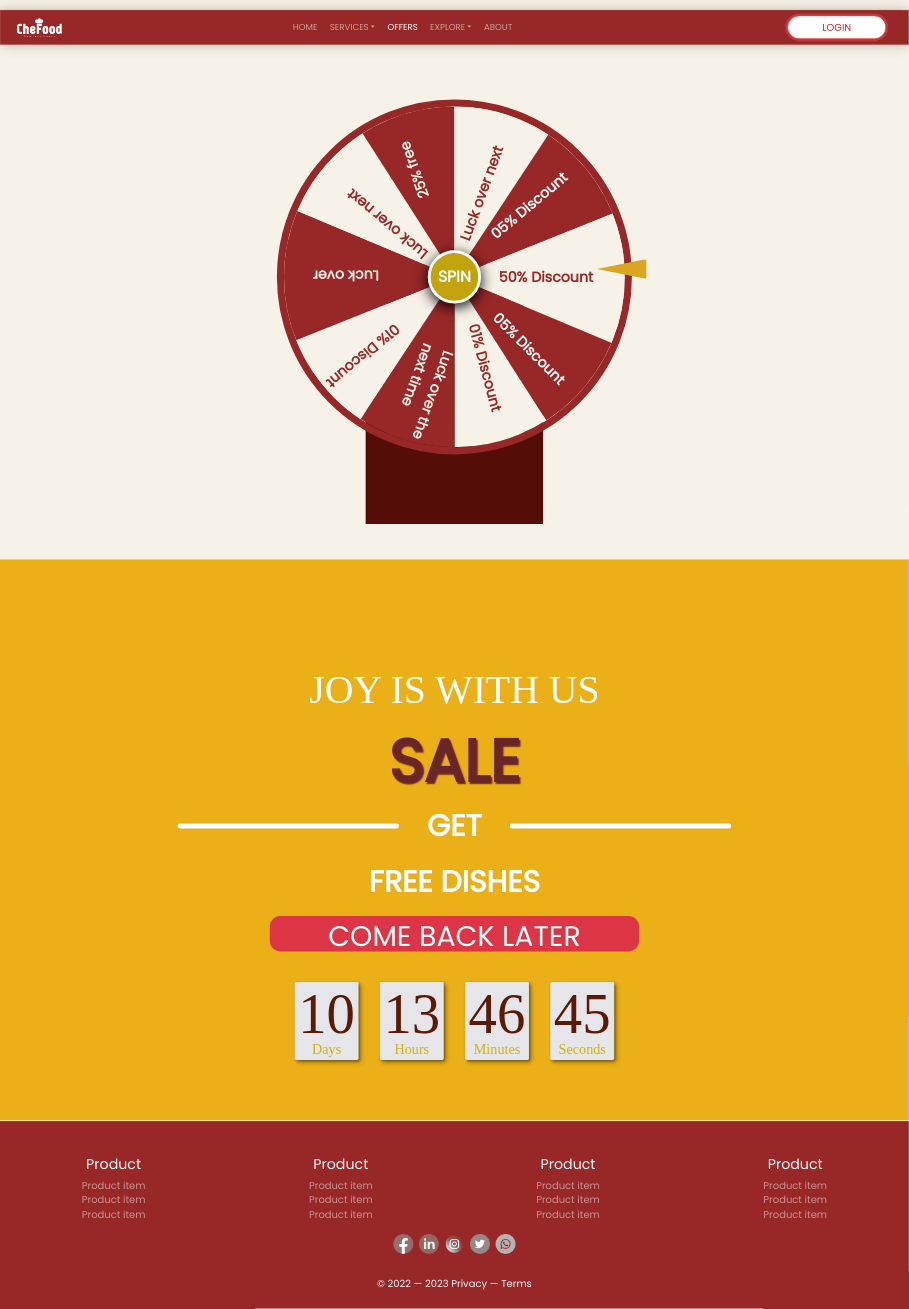
Repository: qamchamine/chefood
Page: /offers (app in front-end/)
These files come from the project's save history. The page is drawn as it stood at one moment and after a run of saves; the edit follows.
The browser window is 1280 px wide. The pictures show the whole page, at 71% of full size.
The project was rebuilt for these pictures with package versions that can differ from the ones it lists, and the page was loaded fresh each time. Some packages were replaced by stand-ins written for this rebuild. Also part of the build but not shown: front-end/src/components/small_components/ButtonMain.jsx, front-end/src/components/small_components/HomeCard.jsx, front-end/src/components/small_components/HomeCardFullSection.jsx, front-end/src/components/pages/Home.jsx, front-end/src/css/explore.css, front-end/src/components/pages/sub-pages/Gallery.jsx, front-end/src/components/pages/sub-pages/Delivery.jsx, front-end/src/components/small_components/ComponentToPrint.jsx and 28 more. Imported but missing from the stored project, and not drawn on this page: front-end/src/sounds/applause.mp3, front-end/src/sounds/wheel.mp3.

Above is the page before, as saved 2023-06-18 19:50:23.

After the next 2 saves:
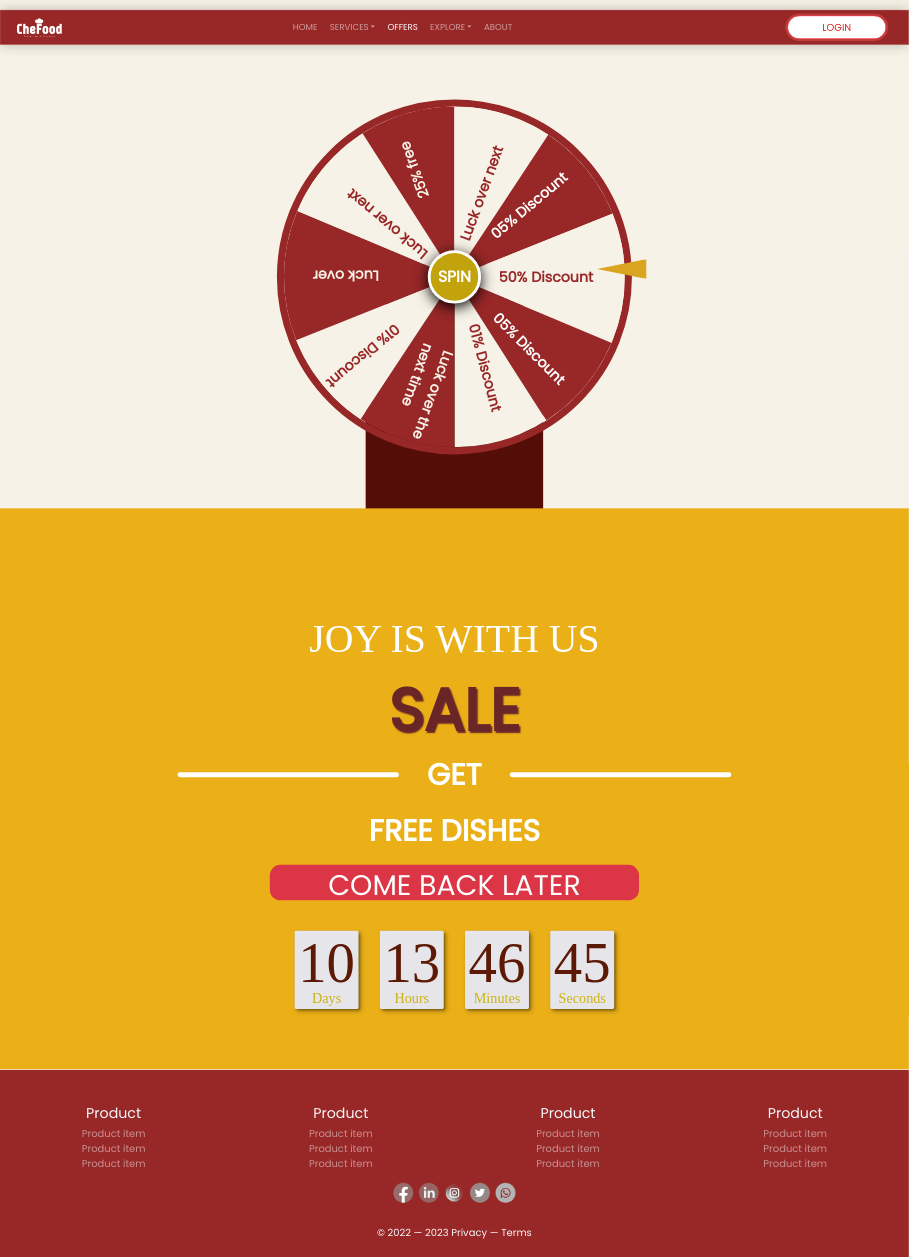
The 2 saves are shown as one change because they came seconds apart.
The last was saved 10 s later.
--- a/front-end/src/css/spinWheel.css
+++ b/front-end/src/css/spinWheel.css
@@ -21,7 +21,7 @@
    .spinner-wheel {
     display: flex;
     justify-content: center;
-    height: 90vh;
+    height: 80vh;
     align-items: start;
     margin-bottom: 0%;
     margin-top: 6%;
